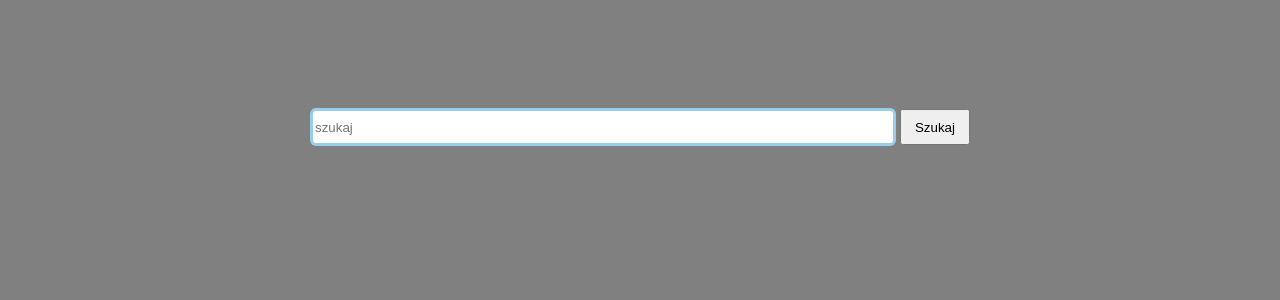
Repository: kq333/wyszukiarka-filmowa
Page: index.html
An editor plug-in stored every save of this project. The page is shown before and after the next save, followed by the edit.
The browser window is 1280 px wide. The pictures show the whole page.
The style sheet was rebuilt from its Sass, Less or Tailwind sources for each picture, by a compiler version that may differ from the author's.

Above is the page before, as saved 2021-01-20 13:44:20.

After the next save:
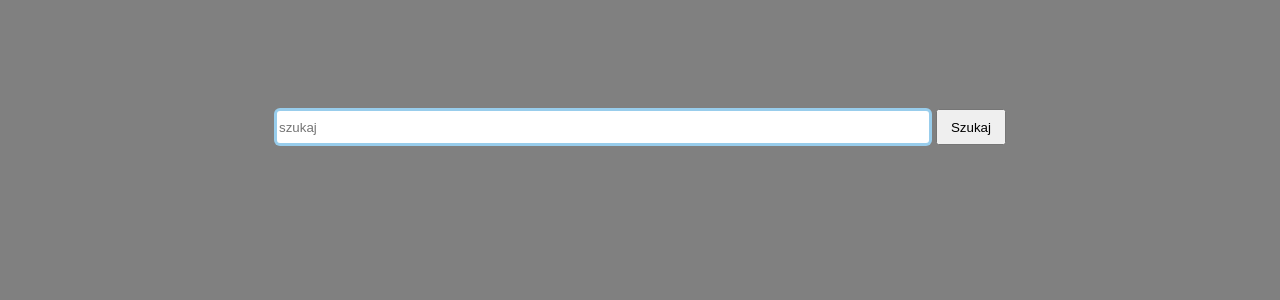
Saved 8 s later.
--- a/style/style.scss
+++ b/style/style.scss
@@ -45,7 +45,7 @@ body{
     margin-top:100px;
 
     #search{
-        width: 80vh;
+        width: 90vh;
         height: 30px;
         border-radius: 6px;
         border:3px solid rgba(84, 172, 223, 0.6);
